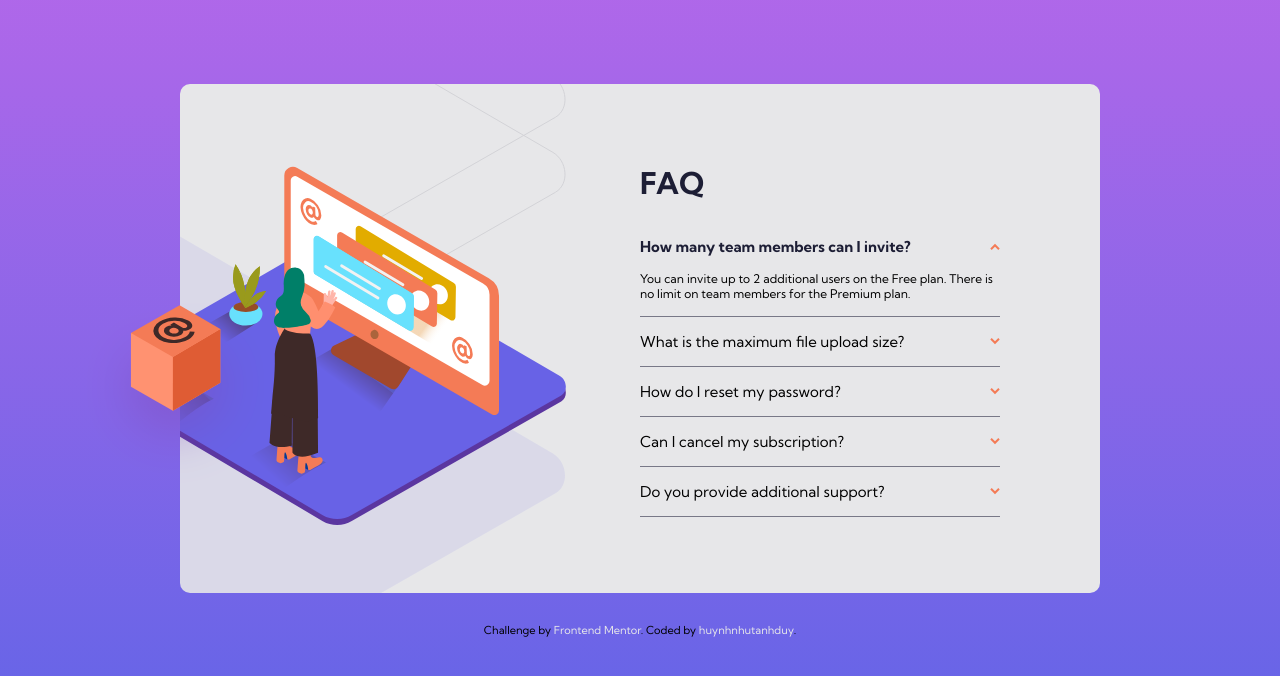
Repository: huynhnhutanhduy/faq-accordion-card
Page: index.html
The author's editor kept a copy of each file at every save. The page is drawn from the files as they stood at one save, then again after the next save.
The browser window is 1280 px wide. The pictures show the whole page.

Above is the page before, as saved 2022-10-22 15:10:14.

### index.html
<!DOCTYPE html>
<html lang="en">
  <head>
    <meta charset="UTF-8" />
    <meta name="viewport" content="width=device-width, initial-scale=1.0" />
    <link rel="icon" type="image/png" sizes="32x32" href="./images/favicon-32x32.png" />
    <title>Frontend Mentor | FAQ Accordion Card</title>
    <link rel="preconnect" href="https://fonts.googleapis.com" />
    <link rel="preconnect" href="https://fonts.gstatic.com" crossorigin />
    <link
      href="https://fonts.googleapis.com/css2?family=Kumbh+Sans:wght@400;700&display=swap"
      rel="stylesheet"
    />
    <link rel="stylesheet" href="./app.css" />
  </head>
  <body>
    <main>
      <article class="card">
        <div class="card-media">
          <div class="card-img"></div>
          <img src="./images/illustration-box-desktop.svg" alt="box-icon" class="card-box" />
        </div>
        <div class="card-content">
          <h1 class="card-title">faq</h1>
          <div class="card-list">
            <div class="card-item active">
              <div class="card-item__header">
                <span class="card-item__title">How many team members can I invite? </span>
                <img src="./images/icon-arrow-down.svg" alt="" class="card-item__icon" />
              </div>
              <div class="card-item__content">
                <div class="card-item__content-inner">
                  You can invite up to 2 additional users on the Free plan. There is no limit
                  on team members for the Premium plan.
                </div>
              </div>
            </div>
            <div class="card-item">
              <div class="card-item__header">
                <span class="card-item__title">What is the maximum file upload size? </span>
                <img src="./images/icon-arrow-down.svg" alt="" class="card-item__icon" />
              </div>
              <div class="card-item__content">
                <div class="card-item__content-inner">
                  No more than 2GB. All files in your account must fit your allotted storage
                  space.
                </div>
              </div>
            </div>
            <div class="card-item">
              <div class="card-item__header">
                <span class="card-item__title">How do I reset my password? </span>
                <img src="./images/icon-arrow-down.svg" alt="" class="card-item__icon" />
              </div>
              <div class="card-item__content">
                <div class="card-item__content-inner">
                  Click “Forgot password” from the login page or “Change password” from your
                  profile page. A reset link will be emailed to you.
                </div>
              </div>
            </div>
            <div class="card-item">
              <div class="card-item__header">
                <span class="card-item__title">Can I cancel my subscription? </span>
                <img src="./images/icon-arrow-down.svg" alt="" class="card-item__icon" />
              </div>
              <div class="card-item__content">
                <div class="card-item__content-inner">
                  Yes! Send us a message and we’ll process your request no questions asked.
                </div>
              </div>
            </div>
            <div class="card-item">
              <div class="card-item__header">
                <span class="card-item__title">Do you provide additional support? </span>
                <img src="./images/icon-arrow-down.svg" alt="" class="card-item__icon" />
              </div>
              <div class="card-item__content">
                <div class="card-item__content-inner">
                  Chat and email support is available 24/7. Phone lines are open during normal
                  business hours.
                </div>
              </div>
            </div>
          </div>
        </div>
      </article>
    </main>
    <footer class="attribution">
      Challenge by
      <a href="https://www.frontendmentor.io?ref=challenge" target="_blank">Frontend Mentor</a
      >. Coded by <a href="https://github.com/huynhnhutanhduy">huynhnhutanhduy</a>.
    </footer>

    <script src="./app.js"></script>
  </body>
</html>

### app.css
:root {
  --very-dark-desaturated-blue: hsl(238, 29%, 16%);
  --soft-red: hsl(14, 88%, 65%);
  --soft-violet: hsl(273, 75%, 66%);
  --soft-blue: hsl(240, 73%, 65%);
  --very-dark-grayish-blue: hsl(237, 12%, 33%);
  --dark-grayish-blue: hsl(240, 6%, 50%);
  --light-grayish-blue: hsl(240, 5%, 91%);
}
* {
  margin: 0;
  padding: 0;
  border: 0;
}
*,
*::before,
*::after,
html {
  box-sizing: border-box;
}
html {
  font-size: 62.5%;
}
body {
  font-size: 1.2rem;
  font-weight: normal;
  font-family: "Kumbh Sans", sans-serif;
  background-image: linear-gradient(var(--soft-violet), var(--soft-blue));
  margin: 0;
  height: 100vh;
  width: 100vw;
  display: grid;
  justify-content: center;
  align-content: center;
}
a {
  text-decoration: none;
}
img {
  display: block;
  max-width: 100%;
}

.attribution {
  font-size: 11px;
  text-align: center;
}
.attribution a {
  color: var(--light-grayish-blue);
}

.card {
  border-radius: 1rem;
  margin-bottom: 3rem;
  background-color: var(--light-grayish-blue);
  height: 509px;
  width: 920px;
  display: grid;
  grid-template-columns: 400px 1fr;
  grid-gap: 6rem;
  background-image: url("./images/bg-pattern-desktop.svg");
  background-repeat: no-repeat;
  background-position: 1260% 65%;
}
.card-media {
  position: relative;
}
.card-img {
  background: url("./images/illustration-woman-online-desktop.svg");
  height: 100%;
  background-repeat: no-repeat;
  background-position: 120% center;
}
.card-box {
  position: absolute;
  top: 42%;
  left: -25%;
}

.card-content {
  padding: 8rem 10rem 9rem 0;
}
.card-title {
  text-transform: uppercase;
  margin-bottom: 2rem;
  font-size: 3rem;
  color: var(--very-dark-desaturated-blue);
}
.card-item {
  padding-top: 1.5rem;
  border-bottom: 1px solid var(--dark-grayish-blue);
}
.card-item__header {
  display: flex;
  justify-content: space-between;
  font-size: 1.5rem;
  padding-bottom: 1.5rem;
  cursor: pointer;
  transition: all 0.25s linear;
  align-items: center;
}
.card-item__icon {
  width: 10px;
  height: 7px;
}
.card-item__content {
  /* display: none; */
  height: 0;
  overflow: hidden;
  transition: all 0.25s linear;
}
.active img {
  transform: rotate(180deg);
  transition: all 0.25s linear;
}
.active span {
  color: var(--very-dark-desaturated-blue);
  font-weight: 700;
}
.active .card-item__content {
  /* display: block; */
  height: auto;
}
/* .card-item__content {
  height: 0;
  overflow: hidden;
  transition: all 0.25s linear;
}
.card-item__content.is-active {
  height: auto;
} */
.card-item__content-inner {
  margin-bottom: 1.5rem;
}

### app.js
const headers = document.querySelectorAll(".card-item__header");
[...headers].forEach((item) =>
  item.addEventListener("click", function (e) {
    // if (e.target.parentNode.classList.contains("active")) {
    //   e.target.parentNode.classList.toggle("active");
    //   console.log(1);
    // } else {
    //   headers.forEach((value) => value.parentNode.classList.remove("active"));
    //   e.target.parentNode.classList.add("active");
    //   console.log(0);
    // }
    console.log(e.target);
    console.log(e.target.parentNode.classList.contains("active"));
  })
);

After the next save:
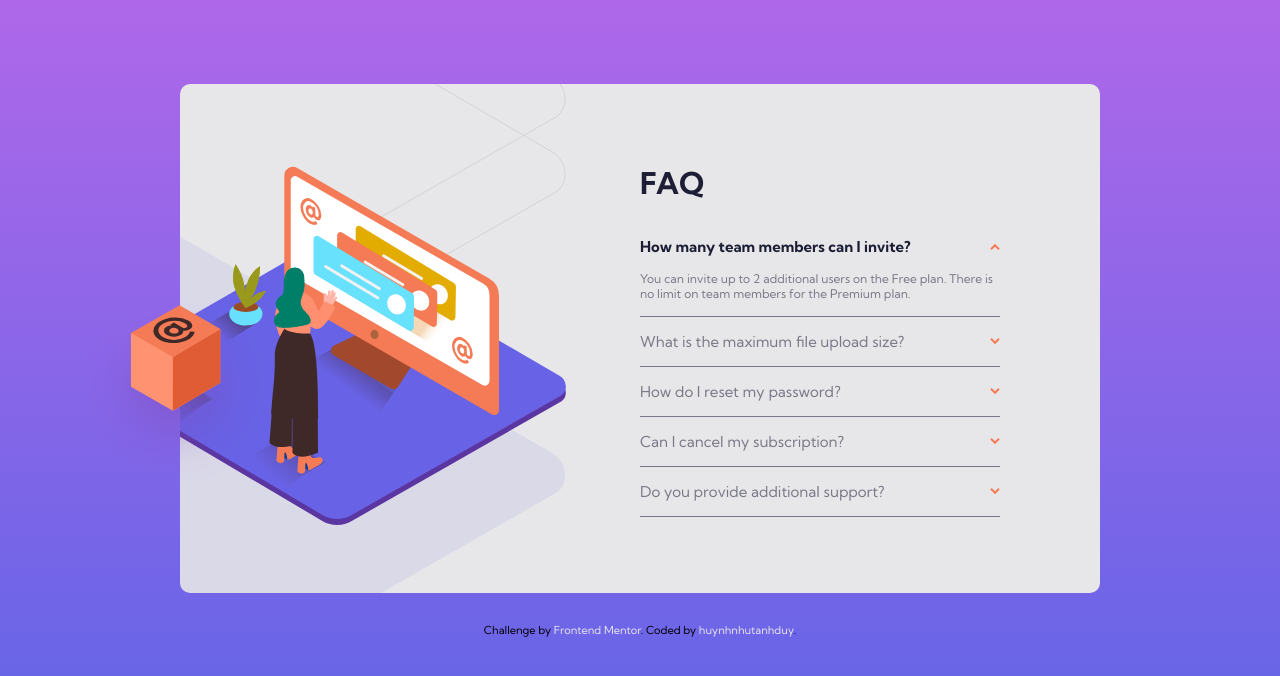
Saved 9 s later.
--- a/app.css
+++ b/app.css
@@ -103,6 +103,16 @@ img {
   width: 10px;
   height: 7px;
 }
+.card-item__header > * {
+  pointer-events: none;
+}
+.card-item__header,
+.card-item__content {
+  color: var(--dark-grayish-blue);
+}
+.card-item__header-icon {
+  color: var(--soft-red);
+}
 .card-item__content {
   /* display: none; */
   height: 0;
